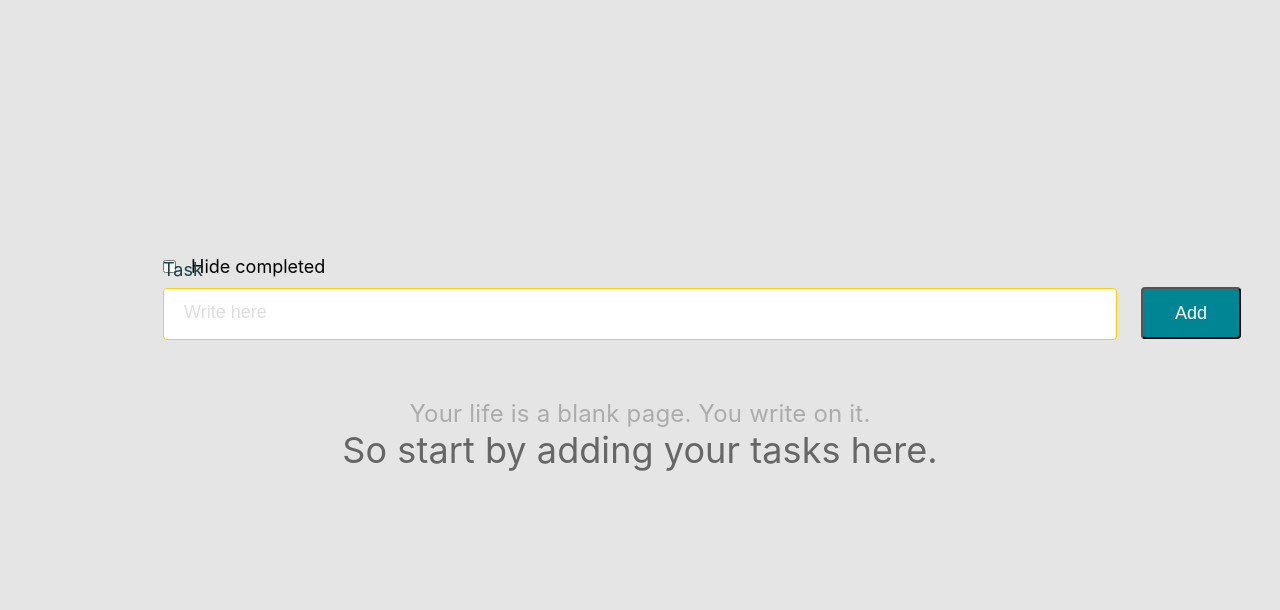
Repository: ArusyakAghajanyan/ToDoMamble
Page: /
An editor plug-in stored every save of this project. The page is shown before and after the next save, followed by the edit.
The browser window is 1280 px wide. The pictures show the whole page.
The project was rebuilt for these pictures with package versions that can differ from the ones it lists, and the page was loaded fresh each time. Also part of the build but not shown: src/components/toDoItem.css, src/components/ToDoItem.jsx, src/components/confirm.css, src/components/Confirm.jsx.

Above is the page before, as saved 2022-05-25 14:32:09.

### public/index.html
<!DOCTYPE html>
<html lang="en">
  <head>
    <meta charset="utf-8" />
    <link rel="icon" href="%PUBLIC_URL%/favicon.ico" />
    <link rel="icon" href="https://cdnjs.cloudflare.com/ajax/libs/font-awesome/6.1.1/css/all.min.css" />
    <meta name="viewport" content="width=device-width, initial-scale=1" />
    <meta name="theme-color" content="#000000" />
    <meta
      name="description"
      content="Web site created using create-react-app"
    />
    <link rel="apple-touch-icon" href="%PUBLIC_URL%/logo192.png" />
    <!--
      manifest.json provides metadata used when your web app is installed on a
      user's mobile device or desktop. See https://developers.google.com/web/fundamentals/web-app-manifest/
    -->
    <link rel="manifest" href="%PUBLIC_URL%/manifest.json" />
    <!--
      Notice the use of %PUBLIC_URL% in the tags above.
      It will be replaced with the URL of the `public` folder during the build.
      Only files inside the `public` folder can be referenced from the HTML.

      Unlike "/favicon.ico" or "favicon.ico", "%PUBLIC_URL%/favicon.ico" will
      work correctly both with client-side routing and a non-root public URL.
      Learn how to configure a non-root public URL by running `npm run build`.
    -->
    <title>React App</title>
  </head>
  <body>
    <noscript>You need to enable JavaScript to run this app.</noscript>
    <div id="root"></div>
    <!--
      This HTML file is a template.
      If you open it directly in the browser, you will see an empty page.

      You can add webfonts, meta tags, or analytics to this file.
      The build step will place the bundled scripts into the <body> tag.

      To begin the development, run `npm start` or `yarn start`.
      To create a production bundle, use `npm run build` or `yarn build`.
    -->
  </body>
</html>

### src/index.css
body {

    /* min-width: 230px; */
    max-width: 1440px;


  margin: 0;
  font-family: -apple-system, BlinkMacSystemFont, 'Segoe UI', 'Roboto', 'Oxygen',
    'Ubuntu', 'Cantarell', 'Fira Sans', 'Droid Sans', 'Helvetica Neue',
    sans-serif;
  -webkit-font-smoothing: antialiased;
  -moz-osx-font-smoothing: grayscale;
}

code {
  font-family: source-code-pro, Menlo, Monaco, Consolas, 'Courier New',
    monospace;
}

### src/App.js

import './App.css';
import AddItem from './components/AddItem';
import ToDoList from './components/ToDoList';
import Confirm from './components/Confirm';
import {useState,useEffect} from 'react'


function App() {
  const [todo, setTodo]=useState([]);
  const [filteredTodo,setFilteredTodo]=useState([]);
  const [modal, setModal] = useState(false);
const [confirmStatus, setConfirmStatus] = useState(false);
  const [deleteItem, setDeletItem] = useState({});

  function modalStatus(status, item){
    console.log(status, item);
    setModal(status);
    setDeletItem(item);

  }
  function confirmDelete(status){
    console.log("deletestatus=", status);
    if(status === "no") {
      setConfirmStatus(false);
      setModal(false);
    }else if (status === "yes"){
      setConfirmStatus(true);
      setModal(false)
    }
  }
  function filter(check){
    if(check){
      setFilteredTodo(todo.filter(td => td.isCompleted))
    }else{
      setFilteredTodo([]);
    }
  }

  useEffect(()=>{
    console.log("confirmStatus=", confirmStatus);
    if(confirmStatus){
      setTodo(todo.filter(value => value.id !== deleteItem.id));
      setDeletItem({});
    }
    setConfirmStatus(false);
      console.log(modal);

  },[confirmStatus])

useEffect(() => {
  let todos;
  let storageData = localStorage.getItem("todos");
  if(storageData !== "undefined"){
    todos = JSON.parse(storageData);
  }
  if(todos) setTodo(todos);
}, [])

useEffect(() => {
 if(todo.length > 0) localStorage.setItem("todos",JSON.stringify(todo))
 if(todo.length == 0) localStorage.clear();
}, [todo])

  return (
    <div className="App">
    <div className="checkContainer">
  <div id="filterDiv">
    <input id="filter" type="checkbox" onChange={(e)=>{
      filter(e.target.checked)
      }} />

      <label htmlFor="filter" className="chkbox">
      Hide completed
      </label>
      </div>
      <div className="addContainer">
        <AddItem onAdd={(text)=>{
        setTodo([{
          id:Math.random(),
          text:text,
          isCompleted:false
        },...todo])
      }}/>


      <ToDoList
      todo={filteredTodo.length > 0 ? todo.filter(td => !td.isCompleted):todo}
      modalStatus={modalStatus}
      onChange={(newItem)=>{
      setTodo(todo.map(td=>{
        if(td.id==newItem.id){
          return newItem
        }
        return td
      }))
      }}
      />
       { modal && <Confirm confirmDelete={confirmDelete} modalStatus={modalStatus}/>}
    </div>
    </div>
    </div>
  );
}

export default App;

### src/App.css
*{
  margin: 0;
  padding: 0;
  box-sizing: border-box;
}


.App {
  display: flex;
  align-items: center;
  justify-content: center;
  position: relative;
  margin: 256px 0 40px 0;

}

.chkbox{
  padding-left: 15px;
  font-size: 18px;


}

.checkContainer{
  /* position: absolute; */
display: flex;
flex-direction: column;


}
/* .checkmark{
  background-color: #E5E5E5;
} */

#filterDiv{
/*
  position: absolute; */
/* justify-content: flex-end; */
/* float: right; */

margin-bottom: ;


}
/* input[type="checkbox"]{
  appearance: none;
  -webkit-appearance: none;
  height: 18px;
  width: 18px;
  background-color: #FFFFFF;
  border-radius: 3px;
  cursor: pointer;


  outline: none;

}
input[type="checkbox"]::after{
  font-family: "Font Awesome 6.1.1 Free";
 font-weight: 900;
  content: "\f00c";
  font-size: 18px;
  color: white;
  display: none;
}
input[type="checkbox"]:checked{
background-color: #008594;
}
input[type="checkbox"]:checked:after{
  display: block;
  } */

### src/components/AddItem.jsx
import {React, useState, useEffect, useRef} from 'react'
import './addItem.css'

export default function AddItem({onAdd}) {
    const [text, setText] = useState("");
    const[errorMes,setErrorMes] = useState("");
    const inputText = useRef(0);
    let validText = "";
    useEffect(() => {
        inputText.current.addEventListener("keyup",(e)=>{
            let id=setTimeout(()=>{
            validText = e.target.value;
            if(validText.length >= 54 ){
             setErrorMes("Task content can contain max 54 characters.")
            } else {
                setErrorMes("");
                setText(validText);
            }
            },1000);
            return () => clearTimeout(id)
        })
    }, [text])

    return (

      <form
      className="formTask"
      onSubmit={(e)=>{
          e.preventDefault();
          if(errorMes==="" && text !=="") onAdd(text);
          if(errorMes==="") setText("");
      }}>
      <div id="formDiv">
       <div className="inputDiv">
            <label className="taskLabel" htmlFor="inputText"> Task
            </label>
            <input
            id="inputText"
            type="text"
            style={errorMes ? {borderColor: 'red'} : {borderColor:'#FFCD04'}}
            ref= {inputText}
             value={text}
             placeholder="Write here"
            onChange={(e)=>{
            setText(e.target.value)
            }}/>
            <p>{errorMes}</p>
            </div>
        <div className="formBut">
            <button className="addbut">Add</button>
                   </div>
            </div>
         </form>

    )
}

### src/components/ToDoList.jsx
import React from 'react';
import ToDoItem from './ToDoItem'
import './toDoList.css'
export default function ToDoList({todo,modalStatus,onChange}) {
    return (
        <div>
           {todo && todo.length > 0 ? todo.map(item=>{
               return (
<ToDoItem
key={item.id}
item = {item}
modalStatus={modalStatus}
onChange={onChange}
/>
               )
           })
           :
            <div className='listText'>
            <p className="firstP">Your life is a blank page. You write on it.</p>
            <p className="secondP">So start by adding your tasks here.</p>
            </div>
        }
        </div>
    )
}

### src/components/addItem.css

.addbut {
  background-color: #008594;
  color: #ffffff;
  font-size: 18px;
  width: 100px;
  height: 52px;
  margin-top: 20px;

  border-radius: 4px;
  text-align:center
}
#formDiv {
  display: flex;

  align-items: center;
  height: 52px;
  /* margin-left: 80px; */

}
#inputText {
  /* position: center; */
  width: 954px;
  padding: 12px 20px;
  margin: 8px 0;
  border: 1px solid #ffcd04;
  outline: none;
  height: 52px;
  margin-right: 24px;
  border-radius: 4px;
}
.taskLabel {
  color: #174348;
  font-size: 18px;
}
#inputText:hover {
  border: 1px solid rgb(90, 10, 90);
}
input::placeholder {
  color: #dfdfdf;
  font-size: 18px;
}
/* .taskLabel {
  float: left;
} */
.formTask {
  width: 954px;
}

### src/components/toDoList.css

 body{
     background-color:  #E5E5E5;
 }

 .listText{
          display: flex;

justify-content: center;
align-items: center;
flex-direction: column;
margin-top: 70px;

 }
.firstP{
 color: #ACACAC;
font-size: 24px;
letter-spacing: 0.2px;
}
.secondP{
    color: #666666;
font-size: 36px;
letter-spacing: 0.002em;

}

Loaded but not shown: src/index.js (common file); src/reportWebVitals.js (common file)

After the next save:
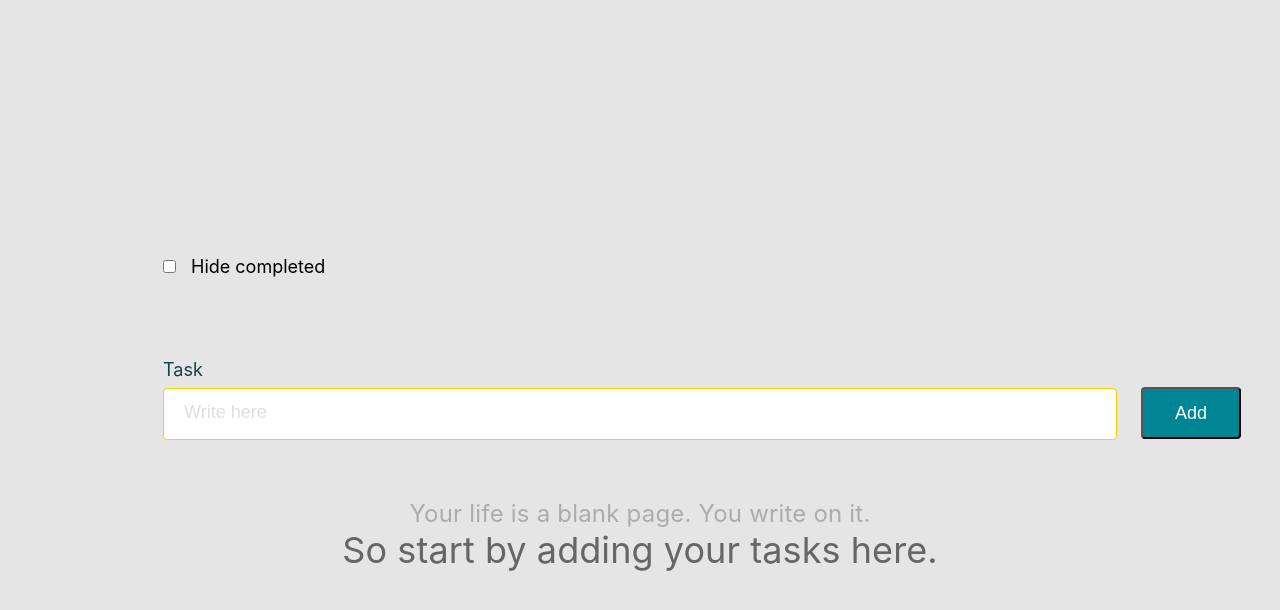
Saved 6 s later.
--- a/src/App.css
+++ b/src/App.css
@@ -38,7 +38,7 @@ flex-direction: column;
 /* justify-content: flex-end; */
 /* float: right; */
 
-margin-bottom: ;
+margin-bottom: 100px;
 
 
 }
